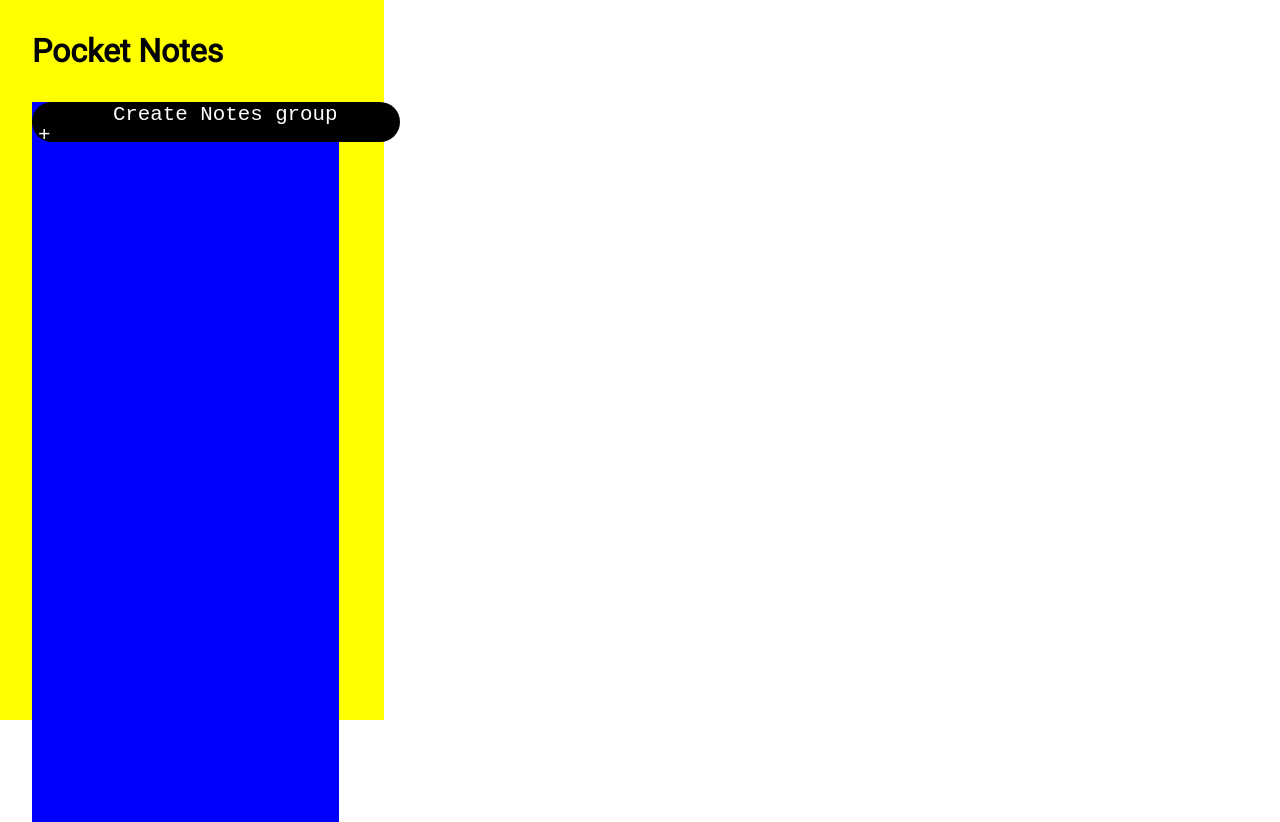
Repository: drumsmanku/react-module-test
Page: /
These files come from the project's save history. The page is drawn as it stood at one moment and after the next save; the edit follows.
The browser window is 1280 px wide. The pictures show the whole page.
The project was rebuilt for these pictures with package versions that can differ from the ones it lists, and the page was loaded fresh each time.

Above is the page before, as saved 2023-06-07 20:51:44.

### src/App.js
import './App.css';
import MainPage from './Components/MainPage';

function App() {
  return (
    <div className="App">
      <MainPage/>
    </div>
  );
}

export default App;

### src/Components/MainPage.js
import React from 'react';
import './MainPage.css';
import PopUp from './PopUp';
import { useEffect, useState } from 'react';

function MainPage() {
  const myGroups=JSON.parse(localStorage.getItem('group'));
  useEffect(()=>{
    console.log(myGroups)
  }, [])
  return (
    <div className='main-container'>
      <div className="first-compartment">
          <h1>Pocket Notes</h1>
          <div className='group-buttons'>
            <PopUp/>


          </div>
      </div>
      <div className="second-comartment">

      </div>
    </div>
  )
}

export default MainPage

### src/Components/MainPage.css
@import url('https://fonts.googleapis.com/css2?family=Roboto&display=swap');
body{
  font-family: 'Roboto';
}

.main-compartment{
  height: 100vh;
  width: 100vw;
}

.first-compartment{
  width: 30%;
  height: 100vh;
  background-color: yellow;
}

.first-compartment h1{
  margin: 0;
  text-align: left;
  padding: 2rem;
}
.group-buttons{
  height: inherit;
  width: 80%;
  background-color: blue;
  display: flex;
  flex-direction: column;
  align-items: flex-start;
  margin-left: 2rem;
}

### src/Components/PopUp.js
import React from "react";
import './PopUp.css'
import Popup from "reactjs-popup";
import "reactjs-popup/dist/index.css";
import { useState,useEffect } from "react";

function PopUp() {
  const [input, setInput]=useState("");
  const [group, setGroup] = useState([])
  const handleInputChange=(event)=>{
    setInput(event.target.value);
  }
  const handleButtonClick=()=>{
    setGroup([...group, input]);
    setInput('');
  }
  useEffect(() => {
    localStorage.setItem('group', JSON.stringify(group));
    const storedValue = localStorage.getItem('group');
    console.log(storedValue);
  }, [group]);

  return (
    <div>
      <Popup trigger={<button className="btn-1"><pre style={{margin:0, display:'flex'}}><p>+</p>     Create Notes group</pre> </button>} modal nested>
        {(close) => (
          <div className="modal">
            <div className="content">Welcome to GFG!!!</div>
            <div>
              <button onClick={() => close()}>Close modal</button>
              <input type="text" onChange={handleInputChange} value={input} />
              <button onClick={handleButtonClick}>add</button>
            </div>
          </div>
        )}
      </Popup>
    </div>
  );
}

export default PopUp;

### src/Components/PopUp.css
@import url('https://fonts.googleapis.com/css2?family=Roboto&display=swap');

body{
  font-family: 'Roboto';
}

.btn-1{
  width: 23rem;
  height: 2.5rem;
  background-color: black;
  border: none;
  border-radius: 3rem;
  color: white;
  font-weight: 2rem;
  font-size: 1.3rem;
}

Loaded but not shown: public/index.html (common file); src/index.js (common file); src/index.css (common file); src/App.css (common file)

After the next save:
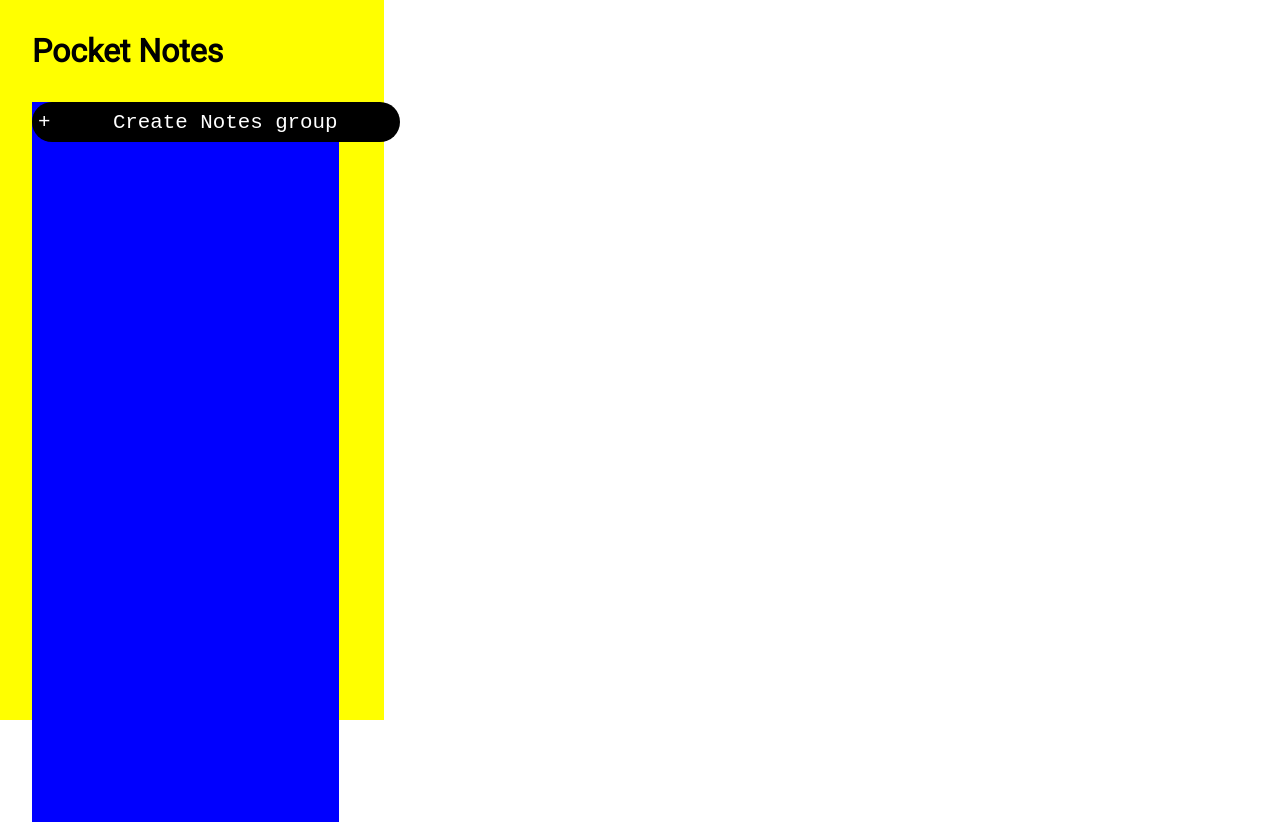
Saved 41 s later.
--- a/src/Components/PopUp.js
+++ b/src/Components/PopUp.js
@@ -22,7 +22,7 @@ function PopUp() {
 
   return (
     <div>
-      <Popup trigger={<button className="btn-1"><pre style={{margin:0, display:'flex'}}><p>+</p>     Create Notes group</pre> </button>} modal nested>
+      <Popup trigger={<button className="btn-1"><pre style={{margin:0, display:'flex'}}><p style={{margin:0}}>+</p>     Create Notes group</pre> </button>} modal nested>
         {(close) => (
           <div className="modal">
             <div className="content">Welcome to GFG!!!</div>
